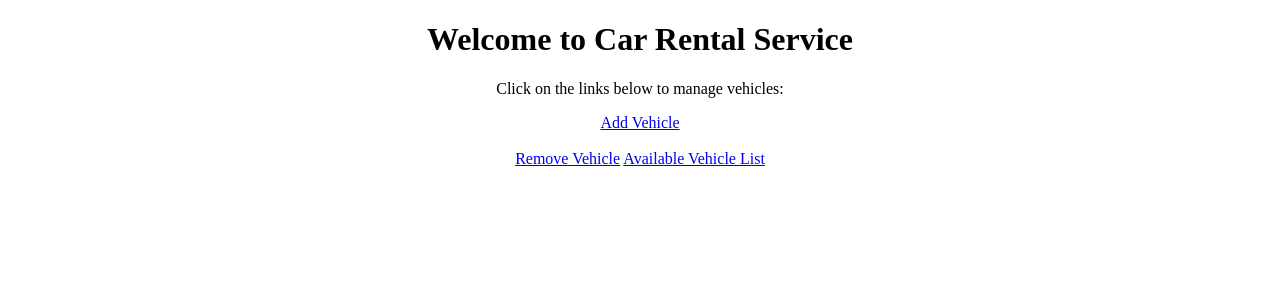
Repository: harsh23012/InfiniteProjects
Page: CarRent/carrent/src/main/webapp/Main.html
These files come from the project's save history. The page is drawn as it stood at one moment and after the next save; the edit follows.
The browser window is 1280 px wide. The pictures show the whole page.

Above is the page before, as saved 2025-05-02 11:19:18.

### CarRent/carrent/src/main/webapp/Main.html
<!DOCTYPE html>
<html>
<head>
<meta charset="UTF-8">
<title>Insert title here</title>
</head>
<body>
	 <center>
        <h1>Welcome to Car Rental Service</h1>

        <p>Click on the links below to manage vehicles:</p>

        <!-- Link to add vehicle page -->
        <a href="AddVehicle.html">Add Vehicle</a><br><br>

        <!-- Link to remove vehicle page -->
        <a href="RemoveVehicle.html">Remove Vehicle</a>

        <!-- Link to list of available vehicle page -->
        <a href="AvailVehicle.html">Available Vehicle List</a>
    </center>

</body>
</html>

After the next save:
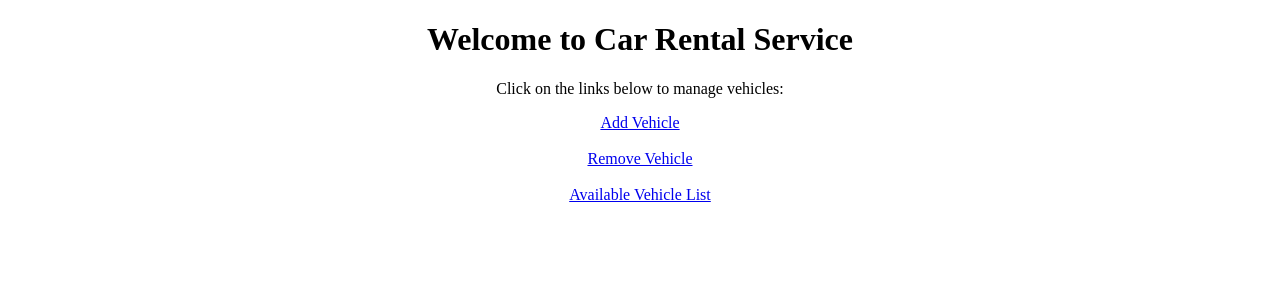
Saved 20 s later.
--- a/CarRent/carrent/src/main/webapp/Main.html
+++ b/CarRent/carrent/src/main/webapp/Main.html
@@ -14,7 +14,7 @@
         <a href="AddVehicle.html">Add Vehicle</a><br><br>
 
         <!-- Link to remove vehicle page -->
-        <a href="RemoveVehicle.html">Remove Vehicle</a>
+        <a href="RemoveVehicle.html">Remove Vehicle</a><br><br>
 
         <!-- Link to list of available vehicle page -->
         <a href="AvailVehicle.html">Available Vehicle List</a>
